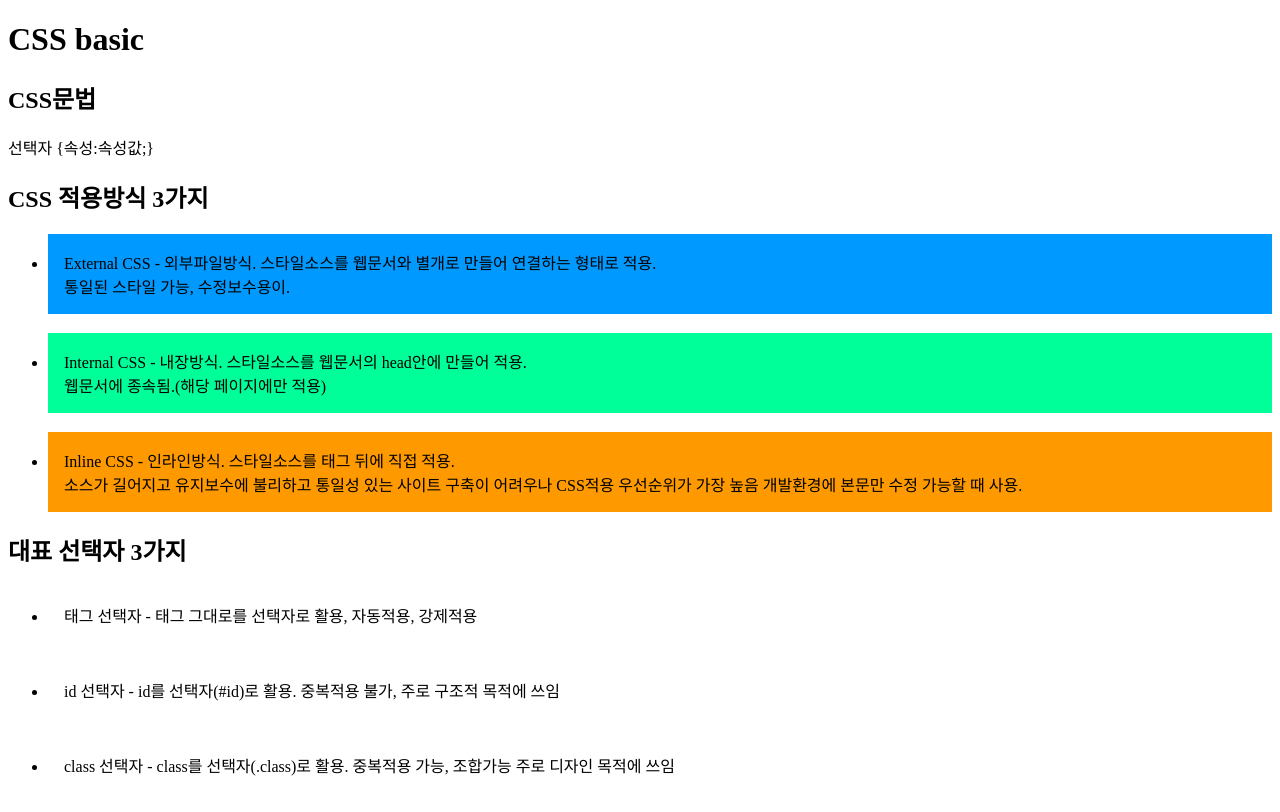
Repository: Git-Seokcoding/WEB
Page: CSS3/src/main/webapp/basic.html
These files come from the project's save history. The page is drawn as it stood at one moment and after the next save; the edit follows.
The browser window is 1280 px wide. The pictures show the whole page.

Above is the page before, as saved 2023-10-12 08:20:46.

After the next save:
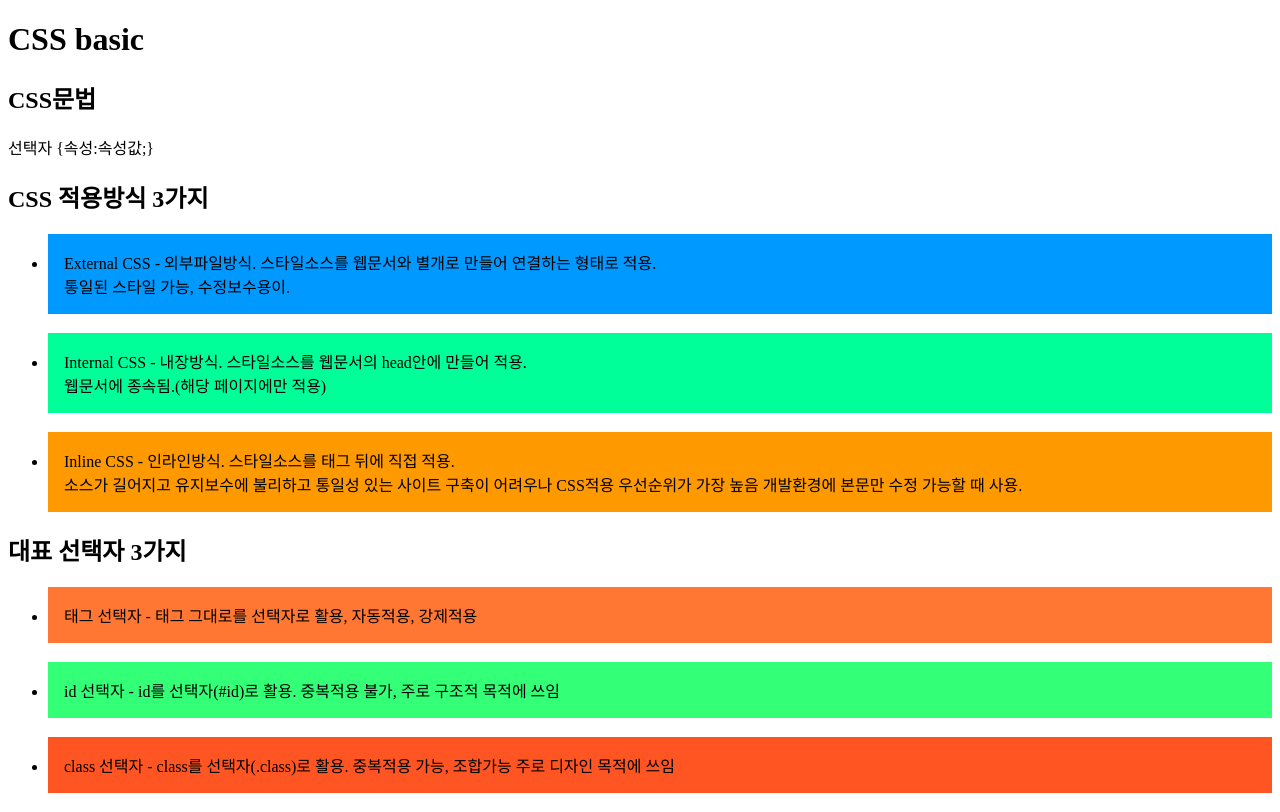
Saved 3 s later.
--- a/CSS3/src/main/webapp/basic.html
+++ b/CSS3/src/main/webapp/basic.html
@@ -38,9 +38,9 @@
 
 	<h2>대표 선택자 3가지</h2>
 	<ul>
-	<li id="t">태그 선택자  - 태그 그대로를 선택자로 활용, 자동적용, 강제적용</li>
-	<li id="i">id 선택자 - id를 선택자(#id)로 활용. 중복적용 불가, 주로 구조적 목적에 쓰임</li>
-	<li id="c">class 선택자 - class를 선택자(.class)로 활용. 중복적용 가능, 조합가능 주로 디자인 목적에 쓰임</li>
+	<li id="s-t">태그 선택자  - 태그 그대로를 선택자로 활용, 자동적용, 강제적용</li>
+	<li id="s-i">id 선택자 - id를 선택자(#id)로 활용. 중복적용 불가, 주로 구조적 목적에 쓰임</li>
+	<li id="s-c">class 선택자 - class를 선택자(.class)로 활용. 중복적용 가능, 조합가능 주로 디자인 목적에 쓰임</li>
 	</ul>
 </body>
 </html>
